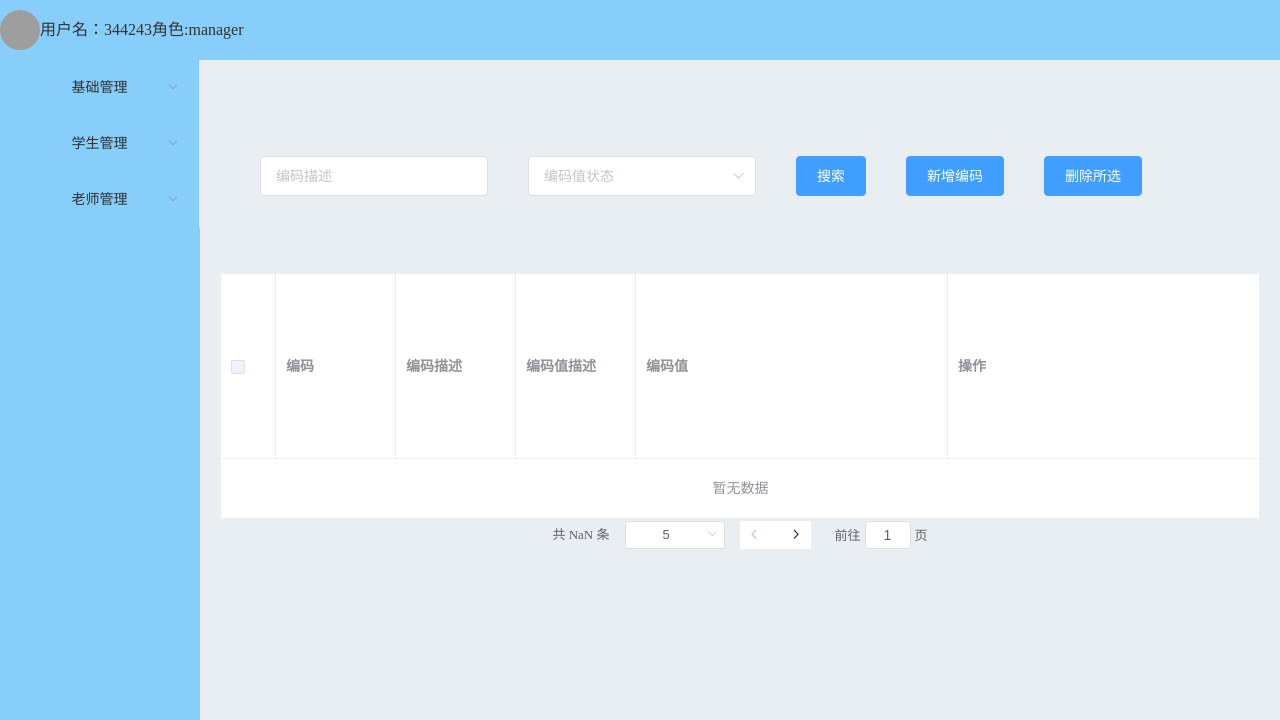
Repository: lwm9704/school-front
Page: /#/code
These files come from the project's save history. The page is drawn as it stood at one moment and after the next save; the edit follows.
The browser window is 1280 px wide. The pictures show the whole page.
Pictures or frames that could not be fetched are drawn as grey boxes. The page's requests for data from a server got no answer. The project was rebuilt for these pictures with package versions that can differ from the ones it lists, and the page was loaded fresh each time. No one was signed in, and anything a server would have sent is missing. Also part of the build but not shown: src/js/login.js, src/view/login.vue.

Above is the page before, as saved 2021-11-22 14:45:55.

### src/main.js
// The Vue build version to load with the `import` command
// (runtime-only or standalone) has been set in webpack.base.conf with an alias.
import Vue from 'vue'
import App from './App'
import router from './router'
import ElementUI from 'element-ui'
import 'element-ui/lib/theme-chalk/index.css'
import Vuex from 'vuex'
import './assets/css/global.css'

Vue.config.productionTip = false
Vue.use(ElementUI)
Vue.use(Vuex)

/* eslint-disable no-new */
new Vue({
  el: '#app',
  router,
  components: { App },
  template: '<App/>'
})

### src/router/index.js

import Vue from 'vue'
import Router from 'vue-router'
import Login from '@/view/login'
import Home from '../view/home'


Vue.use(Router)

export default new Router({
  routes: [
    {
      path: '/',
      redirect: '/login',
    },
    {
      path: '/login',
      name: 'login',
      component: Login
    },
    {
      path: '/home',
      name: 'home',
      component: Home,
      children: [
        {
          path: '/user',
          name: 'user',
          component: () => import('../view/user')
        },
        {
          path: '/code',
          name: 'code',
          component: () => import('../view/code')
        },
        {
          path: '/course',
          name: 'course',
          component: () => import('../view/course')
        },
        {
          path: '/grade',
          name: 'grade',
          component: () => import('../view/grade')
        },
        {
          path: '/lecture',
          name: 'lecture',
          component: () => import('../view/lecture')
        },
        {
          path: '/member',
          name: 'member',
          component: () => import('../view/member')
        },
        {
          path: '/score',
          name: 'score',
          component: () => import('../view/score')
        },
        {
          path: '/teaching',
          name: 'teaching',
          component: () => import('../view/teaching')
        }
      ]
    },

  ]
})

### src/assets/css/global.css
html,body,#app,.el-container{
  /*设置内部填充为0，几个布局元素之间没有间距*/
  padding: 0px;
  /*外部间距也是如此设置*/
  margin: 0px;
  /*统一设置高度为100%*/
  height: 100%;
  }

### src/view/home.vue
<template>
  <div class="home">
    <el-container class="top">
      <el-header>
        <div class="header">
          <myHeader></myHeader>
        </div>
      </el-header>
      <el-container class="main">
        <el-aside width="200px" class="Aside">
          <leftMenu></leftMenu>
        </el-aside>
        <el-container>
          <el-main>
            <router-view></router-view>
          </el-main>
        </el-container>
      </el-container>
    </el-container>
  </div>
</template>
<script>
import req from "../js/home";
import leftMenu from "../components/leftMenu";
import myHeader from "../components/myHeader";
export default {
  components: {
    leftMenu,
    myHeader,
  },
  data(){
    return{
      userInfo:{
        userId:'12323',
        account:'344243',
        role:"manager"
      }
    }
  },
  mounted(){
    this.getUserInfo();
  },
  methods: {

    //获取并保存用户参数
    getUserInfo(){
      // sessionStorage.setItem("userInfo",JSON.stringify(this.$route.params.userInfo))
      // sessionStorage.setItem(this.userInfo)
    },
    //侧边栏的方法
    handleOpen(key, keyPath) {
      console.log(key, keyPath);
    },
    handleClose(key, keyPath) {
      console.log(key, keyPath);
    },
  },
  mounted() {},
};
</script>
<style lang="scss" scoped>
.el-header {
  background-color: #87cefa;
  color: #333;
  text-align: center;
  line-height: 60px;
  padding: 0;
}

.el-aside {
  background-color: #87cefa;
  color: #333;
  text-align: center;
  line-height: 200px;
}

.el-main {
  background-color: #e9eef3;
  color: #333;
  text-align: center;
  line-height: 160px;
}

body > .el-container {
  margin-bottom: 40px;
}
.home,.top,.main{
  height: 100%;
}
</style>

### src/view/code.vue
<template>
  <div>
    <div class="main-head" :model="search">
      <dl>
        <dd>
          <el-input
            v-model="search.codeDescription"
            placeholder="编码描述"
            clearable
          ></el-input>
        </dd>
      </dl>
      <dl>
        <dd>
          <el-select v-model="search.state" placeholder="编码值状态">
            <el-option
              v-for="item in state"
              :key="item.value"
              :label="item.label"
              :value="item.value"
            ></el-option>
          </el-select>
        </dd>
      </dl>
      <dl>
        <dd>
          <el-button type="primary" @click="searchData">搜索</el-button>
        </dd>
      </dl>
      <dl>
        <dd>
          <el-button type="primary" @click="addCode">新增编码</el-button>
        </dd>
      </dl>
      <dl>
        <dd>
          <el-button type="primary" @click="deleteDetailList"
            >删除所选</el-button
          >
        </dd>
      </dl>
    </div>

    <el-table
      ref="multipleTable"
      :data="tableData"
      tooltip-effect="dark"
      border
      style="width: 100%"
      @selection-change="handleSelectionChange"
    >
      <el-table-column type="selection" width="55"></el-table-column>
      <el-table-column label="编码" prop="codeNo" width="120"></el-table-column>
      <el-table-column
        label="编码描述"
        prop="codeDescription"
        width="120"
      ></el-table-column>
      <el-table-column
        prop="codeValueDescription"
        label="编码值描述"
        width="120"
      ></el-table-column>
      <el-table-column
        prop="codeValue"
        label="编码值"
        show-overflow-tooltip
      ></el-table-column>
      <el-table-column label="操作">
        <template slot-scope="scope">
          <el-button size="mini" @click="modifyCode(scope.row)"
            >编码编辑</el-button
          >
          <el-button size="mini" @click="addDetail(scope.row)"
            >新增编码详情</el-button
          >
          <el-button size="mini" @click="modifyDetail(scope.row)"
            >编码详情编码</el-button
          >
          <el-button size="mini" @click="deleteDetail(scope.row)"
            >删除编码详情编码</el-button
          >
        </template>
      </el-table-column>
    </el-table>

    <div class="footer">
      <el-pagination
        @size-change="handleSizeChange"
        @current-change="handleCurrentChange"
        :current-page="parseInt(pageInfo.currentPage)"
        :page-sizes="[100, 200, 300, 400]"
        :page-size="parseInt(pageInfo.pageSize)"
        layout="total, sizes, prev, pager, next, jumper"
        :total="parseInt(pageInfo.total)"
      ></el-pagination>
    </div>

    <!--编码-->
    <el-dialog :title="dialogInfo.title" :visible.sync="codeFormVisible">
      <el-form :model="codeForm" :rules="codeRules" :ref="codeForm">
        <el-form-item label="编码" :label-width="formLabelWidth">
          <el-input v-model="codeForm.codeNo" autocomplete="off"></el-input>
        </el-form-item>
        <el-form-item label="编码描述" :label-width="formLabelWidth">
          <el-input v-model="codeForm.description" autocomplete="off"></el-input>
        </el-form-item>
      </el-form>
      <div slot="footer" class="dialog-footer">
        <el-button @click="cancelCodeForm">取 消</el-button>
        <el-button type="primary" @click="saveCodeForm">确 定</el-button>
      </div>
    </el-dialog>
    <!--编码详情-->
    <el-dialog :title="dialogInfo.title" :visible.sync="detailFormVisible">
      <el-form :model="detailForm" :rules="detailRules" :ref="detailForm">
        <el-form-item label="编码值" :label-width="formLabelWidth">
          <el-input v-model="detailForm.codeValue" autocomplete="off"></el-input>
        </el-form-item>
        <el-form-item label="编码值描述" :label-width="formLabelWidth">
          <el-input v-model="detailForm.codeValueDescribe" autocomplete="off"></el-input>
        </el-form-item>
        <el-form-item label="状态" :label-width="formLabelWidth">
          <el-select v-model="detailForm.state" clearable placeholder="请选择">
            <el-option
              v-for="item in state"
              :key="item.value"
              :label="item.label"
              :value="item.value"
            ></el-option>
          </el-select>
        </el-form-item>
      </el-form>
      <div slot="footer" class="dialog-footer">
        <el-button @click="cancelDetailForm">取 消</el-button>
        <el-button type="primary" @click="saveDetailForm">确 定</el-button>
      </div>
    </el-dialog>
  </div>
</template>
<script>
import req from "../js/code";
export default {
  data() {
    return {
      //表内容数据
      tableData: [],
      multipleSelection: [],
      //显示页面条数
      pageInfo: {
        currentPage: "",
        total: "",
        pageSize: "",
      },
      dialogInfo: {
        type: "",
        title: "",
      },
      //编码表单
      codeFormVisible: false,
      codeForm: {
        codeNo: "",
        description: "",
      },
      codeRules: {
        code: [{ required: true, message: "请输入编码", trigger: "blur" }],
      },
      //详情表单
      detailFormVisible: false,
      detailForm: {
        codeValue: "",
        codeValueDescribe: "",
        state: "",
      },
      detailRules: {
        codeValue: [{ required: true, message: "请输入编码值", trigger: "blur" }],
        state: [{ required: true, message: "请选择状态", trigger: "blur" }],
      },
      formLabelWidth: "120px",
      //搜索，按钮
      search: {
        codeDescription: "",
        state: "",
        offset:"",
        limit:"",
      },
      state: [
        {
          value: 0,
          label: "禁用",
        },
        {
          value: 1,
          label: "启用",
        },
      ],
    };
  },
  mounted() {
    this.fetch();
  },
  methods: {
    //侧边栏的方法
    handleOpen(key, keyPath) {
      console.log(key, keyPath);
    },
    handleClose(key, keyPath) {
      console.log(key, keyPath);
    },
    //多选
    handleSelectionChange(row) {
      this.multipleSelection = row;
    },

    //选页的相关方法
    handleSizeChange(pageSize) {
      this.pageInfo.pageSize = pageSize;
      console.log(`每页 ${pageSize} 条`);
    },
    handleCurrentChange(currentPage) {
      this.pageInfo.currentPage = currentPage;
      console.log(`当前页: ${currentPage}`);
    },
    //刷新页面
    fetch() {
      this.pageInfo.pageSize = 5;
      this.pageInfo.currentPage = 1;
      this.searchData();
    },
    //搜索
    searchData() {
      this.search.offset = this.pageInfo.currentPage;
      this.search.limit = this.pageInfo.pageSize;
      req("selectData", {
        ...this.search
      }).then((data) => {
        console.log(data.data);
        this.tableData = data.data.list;
        // this.pageInfo.pageSize = data.data.offset;
        // this.pageInfo.currentPage = data.data.limit;
        // this.pageInfo.total = data.data.total;
      });
    },
    //重置
    reset() {
      this.fetch();
      console.log("重置按钮被点击了");
    },
    addCode() {
      this.dialogInfo.type = "addCode";
      this.dialogInfo.title = "新增编码";
      this.codeFormVisible = true;
    },
    modifyCode(row) {
      this.codeForm = row;
      this.dialogInfo.type = "modifyCode";
      this.dialogInfo.title = "修改编码";
      this.codeFormVisible = true;
    },
    addDetail(row) {
      this.detailForm.codeId = row.codeId;
      this.dialogInfo.type = "addDetail";
      this.dialogInfo.title = "新增编码详情";
      console.log()
    },
    modifyDetail(row) {
      this.detailForm.codeId = row.codeId;
      this.detailForm.value = row.value;
      this.detailForm.describe = row.describe;
      this.detailForm.state = row.state;
      this.dialogInfo.type = "modifyDetail";
      this.dialogInfo.title = "修改编码值";
      this.detailFormVisible = true;
    },
    saveCodeForm() {
      this.$refs[this.codeForm].validate((valid) => {
        // console.log(this.$refs[this.codeForm])\
        console.log(this.dialogInfo.type)
        if (valid) {
          if (this.dialogInfo.type === "addCode") {
            console.log(2)
            req("insertData", { ...this.codeForm }).then((data) => {
              console.log(data.data);
              if (data.code === 1) {
                this.$message.success(data.msg);
                this.fetch();
                this.$refs[this.codeForm].resetFields();
                this.codeFormVisible = false;
              } else {
                this.$message.error(data.data.msg);
              }
            });
          }
          if (this.dialogInfo.type === "modifyCode") {
            req("updateData", { ...codeForm }).then((data) => {
              console.log(data.data);
              if (data.data.code === 1) {
                this.$message.success(data.data.msg);
                this.fetch();
                this.$refs[this.codeForm].resetFields();
                this.codeFormVisible = false;
              } else {
                this.$message.error(data.data.msg);
              }
            });
          }
        }
      });
    },
    cancelCodeForm() {
      this.$refs[this.codeForm].resetFields();
      this.codeFormVisible = false;
    },

    saveDetailForm() {
      this.$refs[this.detailForm].validate((valid) => {
        if (valid) {
          if (this.dialogInfo.type === "addDetail") {
            req("insertDetailData", { ...this.detailForm }).then((data) => {
              console.log(data.data);
              if (data.data.code === 1) {
                this.$message.success(data.data.msg);
                this.fetch();
                this.$refs[this.detailForm].resetFields();
                this.detailFormVisible = false;
              } else {
                this.$message.error(data.data.msg);
              }
            });
          }
          if (this.dialogInfo.type === "modifyDetail") {
            req("updateDetailData", { ...detailForm }).then((data) => {
              console.log(data.data);
              if (data.data.code === 1) {
                this.$message.success(data.data.msg);
                this.fetch();
                this.$refs[this.detailForm].resetFields();
                this.detailFormVisible = false;
              } else {
                this.$message.error(data.data.msg);
              }
            });
          }
        }
      });
    },
    cancelDetailForm() {
      this.$refs[this.detailForm].resetFields();
      this.detailFormVisible = false;
    },

    deleteDetail(row) {
      this.$confirm("此操作将永久删除该文件,是否继续?").then(() => {
        let codeDetailId = row.codeDetailId.toString();
        req("deleteDetailData", { codeDetailId: codeDetailId }).then((data) => {
          this.$message.success(data.data.msg);
          this.fetch();
        });
      });
    },
    deleteDetailList() {
      if (this.multipleSelection.length === 0) {
        this.$message.info("请选择需要删除的数据");
        return;
      }
      this.$confirm("此操作将永久删除该文件,是否继续?").then(() => {
        let codeDetailIdList = this.multipleSelection
          .map((item) => {
            return item.codeDetailId;
          })
          .toString();
        req("deleteDetailData", { codeDetailId: codeDetailIdList }).then(
          (data) => {
            this.$message.success(data.data.msg);
            this.fetch();
          }
        );
      });
    },
  },
};
</script>

<style lang="scss" scoped>
.main-head {
  display: flex;
  flex-direction: row;
}
</style>

### src/js/home.js
import req from "../fect/rquestConfig";

const config = {
    getUserInfo: {
        url: '/user/selectOfCondition',
        method: 'get'
    },
}
const request = function (funcName, requestParam) {
    return req(config[funcName].url, config[funcName].method, requestParam, {}, config[funcName].fileConfig)
}
export default request

### src/components/leftMenu.vue
<template>
  <div>
    <el-menu
      class="el-menu-vertical-demo"
      :default-active="this.$router.path"
      router
      background-color="#87CEFA"
      @open="handleOpen"
      @close="handleClose"
    >
      <el-submenu
        v-for="(item, index) in menuList"
        :index="index + ''"
        :key="item.labe"
      >
        <template slot="title">{{ item.labe }}</template>
        <div v-if="item.children">
          <el-menu-item
            v-for="items in item.children"
            :index="items.path"
            :key="items.path"
          >
            <template slot="title">
              {{ items.labe }}
            </template>
          </el-menu-item>
        </div>
      </el-submenu>
    </el-menu>
  </div>
</template>

<script>
// import router from 'vue-router'
export default {
  name: "leftMenu",
  props: [],
  data() {
    return {
      menuList: [
        {
          index: "1",
          labe: "基础管理",
          children: [
            {
              index: "1 - 1",
              labe: "编码管理",
              path: "/code",
            },
            {
              index: "1 - 2",
              labe: "用户管理",
              path: "/user",
            },
            {
              index: "1 - 3",
              labe: "班级管理",
              path: "/grade",
            },
            {
              index: "1 - 4",
              labe: "课程管理",
              path: "/course",
            },
          ],
        },
        {
          index: "2",
          labe: "学生管理",
          children: [
            {
              index: "2 - 1",
              labe: "学生家庭成员管理",
              path: "/member",
            },
            {
              index: "2 - 2",
              labe: "考试成绩管理",
              path: "/score",
            },
          ],
        },
        {
          index: "3",
          labe: "老师管理",
          children: [
            {
              index: "3 - 1",
              labe: "教学管理",
              path: "/teaching",
            },
            {
              index: "3 - 2",
              labe: "授课管理",
              path: "/lecture",
            },
          ],
        },
      ],
    };
  },
  methods: {
    // handlerSelect(key, path) {
    // console.log(key,path)
    // if (path !== this.$route.path) {
    //   this.$router.replace({path:'path'});
    //   // this.$router.push({path: key, query: {}})
    // }
    // // this.$router.push({name: key, params: {}})
    // console.log(key);
    // console.log(path);
    // this.$emit('select', key,path);
    // },
    handleOpen(key, keyPath) {
      console.log(key, keyPath);
    },
    handleClose(key, keyPath) {
      console.log(key, keyPath);
    },
  },
};
</script>

<!-- Add "scoped" attribute to limit CSS to this component only -->
<style scoped>
</style>

### src/components/myHeader.vue
<template>
  <div class="myHeader">
    <div class="userInfo">
      <div class="avatar">
        <el-avatar
          src="https://cube.elemecdn.com/0/88/03b0d39583f48206768a7534e55bcpng.png"
        ></el-avatar>
      </div>
      <div class="charInfo">
        <span>用户名：{{this.userInfo.account}}</span>
        <span>角色:{{this.userInfo.role}}</span>
      </div>
    </div>
  </div>
</template>
<script>
export default {
  name: "myHeader",
  props: [],
  data() {
    return {
      userInfo: {
        userId: "12323",
        account: "344243",
        role: "manager",
      },
    };
  },
  methods: {
    getUserInfo() {
      // this.userInfo = JSON.parse(sessionStorage.getItem('userInfo'))
    },
  },
  mounted() {
    this.getUserInfo();
  },
};
</script>
<style lang="scss" scoped>
.myHeader{
  background-color:#87CEFA;
  height: 60px;
}
.userInfo {
    display: flex;
    flex-direction: row;
    height: 60px;
    .avatar{
      padding-top: 10px;
    }
}
</style>

### src/js/code.js
import req from '../fect/rquestConfig'
const config = {
    selectData: {
        url: '/code/queryAll',
        method: 'get'
    },
    insertData: {
        url: '/code/insertCode',
        method: 'post'
    },
    updateData: {
        url: '/code/updateCode',
        method: 'post'
    },
    deleteData: {
        url: '/code/deleteCodeById',
        method: 'post'
    },

    selectDetailData: {
        url: '/codeDetailed/queryAll',
        method: 'get'
    },
    insertDetailData: {
        url: '/codeDetailed/insertCodeDetailed',
        method: 'post'
    },
    updateDetailData: {
        url: '/codeDetailed/updateCodeDetailed',
        method: 'post'
    },
    deleteDetailData: {
        url: "/codeDetailed/deleteCodeDetailedById",
        method: 'post'
    }
}
const request = function (funcName, requestParam) {
    return req(config[funcName].url, config[funcName].method, requestParam, {}, config[funcName].fileConfig)
}
export default request

### src/fect/rquestConfig.js
import axios from 'axios'
import { throwErr } from './throwErr'

// const urlHead = 'http://305o99f251.wicp.vip'
const urlHead = '/api'
const qs = require('qs')

/**
 *
 * @param {String} url 请求路径
 * @param {String} method 请求方法
 * @param {Object} params 请求参数
 * @param {Object} requestHeader 请求头
 * @param {Object} fileConfig ---> {type, fileName} 导出配置 ---> 导出类型, 文件名称
 */
const req = function (url, method, params, requestHeader, fileConfig = {}) {

    Proxy:{
        '/js'
    }
    let instance = axios.create({
        baseURL: urlHead,
        timeout: 60000
    })

    // 添加请求拦截器
    instance.interceptors.request.use(config => {
        return config
    }, error => {
        return Promise.reject(error)
    })

    let requestConfig = {
        url: url,
        method: method,
        //将header、params、token复制到目标
        // params: Object.assign({}, params, { access_token: JSON.parse(sessionStorage.getItem('userInfo')).access_token }),
        // data: qs.stringify(Object.assign({}, params, { access_token: JSON.parse(sessionStorage.getItem('userInfo')).access_token })),
        params: Object.assign({}, params),
        data:qs.stringify(Object.assign({},params)),
        headers: {},
        responseType: fileConfig.type === 'file' ? 'blob' : ''
    }

    let getReg = /get|GET/
    let postReg = /post|POST/

    let fileData = {}

    let timer = null

    // 请求类型为导出时，添加vuex状态管理，定时修改vuex对应记录，请求完成或者请求报错时，停止定时器
    if (fileConfig.type === 'file') {
        fileData = {
            fileId: new Date().getTime(),
            fileName: fileConfig.fileName,
            fileLoadTime: 0,
            fileStatus: 'downloading',
            errorInfo: '',
            fileUrl: null
        }

    }

    if (getReg.test(requestConfig.method)) {
        delete requestConfig.data
        requestConfig.headers['Content-Type'] = 'application/json'
    } else if (postReg.test(requestConfig.method)) {
        delete requestConfig.params
        requestConfig.headers['Content-Type'] = 'application/x-www-form-urlencoded'
    }

    // 添加响应拦截器
    instance.interceptors.response.use(response => {
        clearInterval(timer)
        timer = null

        if (response.status === 200) {
            if (fileConfig.type === 'file') {
                fileData.fileStatus = 'success'
                fileData.fileUrl = window.URL.createObjectURL(new Blob([response.data]))
                // store.commit('changeExportFileList', fileData)
            }

            return response.data
        } else {
            if (fileConfig.type === 'file') {
                fileData.fileStatus = 'error'
                // store.commit('changeExportFileList', fileData)
            }

            throw new Error(throwErr(response))
        }
    }, error => {
        clearInterval(timer)
        timer = null

        if (fileConfig.type === 'file') {
            fileData.fileStatus = 'error'
            // store.commit('changeExportFileList', fileData)
        }

        return Promise.reject(error)
    })

    return instance(requestConfig)
}

export default req

### src/fect/throwErr.js
// axios错误信息匹配
export const throwErr = (response) => {
    let message = '请求错误'
    switch (response.status) {
        case 400:
            message = '请求错误'
            break
        case 401:
            message = '未授权，请登录'
            break
        case 403:
            message = '拒绝访问'
            break
        case 404:
            message = `请求地址出错: ${response.config.url}`
            break
        case 408:
            message = '请求超时'
            break
        case 500:
            message = '服务器内部错误'
            break
        case 501:
            message = '服务未实现'
            break
        case 502:
            message = '网关错误'
            break
        case 503:
            message = '服务不可用'
            break
        case 504:
            message = '网关超时'
            break
        case 505:
            message = 'HTTP版本不受支持'
            break
        default:
    }
    return '错误码:' + response.status + ' ' + '错误信息:' + message
}

Loaded but not shown: index.html (common file); src/App.vue (common file)

After the next save:
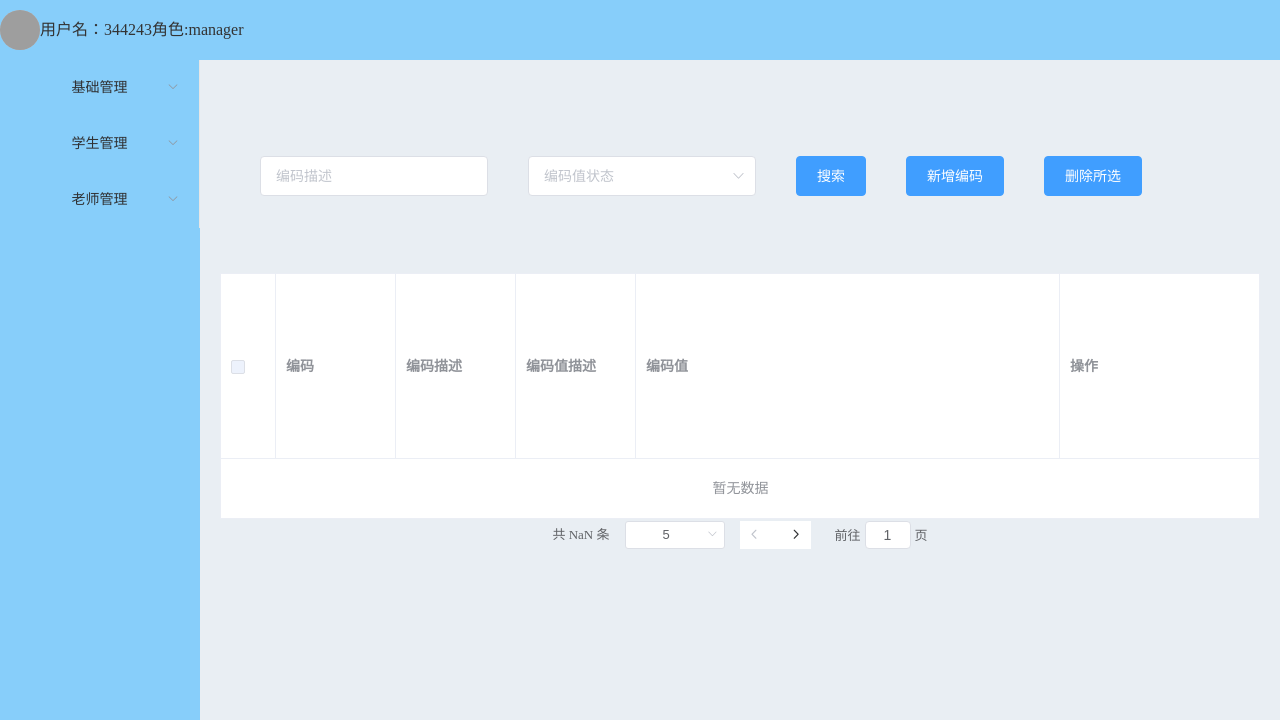
Saved 4 min 23 s later.
--- a/src/view/code.vue
+++ b/src/view/code.vue
@@ -66,7 +66,7 @@
         label="编码值"
         show-overflow-tooltip
       ></el-table-column>
-      <el-table-column label="操作">
+      <el-table-column label="操作" width="200">
         <template slot-scope="scope">
           <el-button size="mini" @click="modifyCode(scope.row)"
             >编码编辑</el-button
